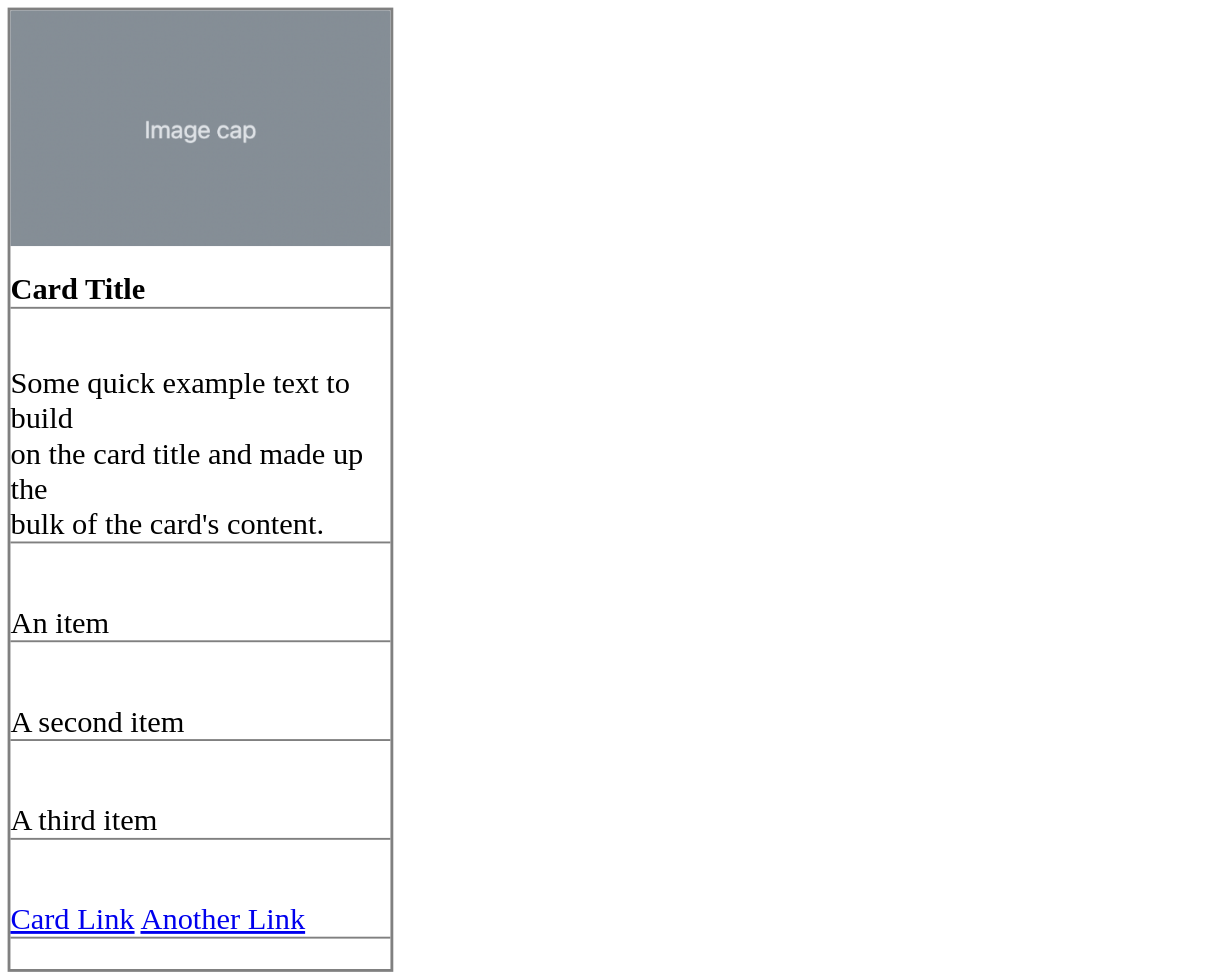
Repository: tr2cky/jsx-exercise
Page: 04 Card/card.html
The author's editor kept a copy of each file at every save. The page is drawn from the files as they stood at one save, then again after the next save.
The browser window is 1280 px wide. The pictures show the whole page, at 95% of full size.

Above is the page before, as saved 2022-09-27 16:20:39.

### 04 Card/card.html
<!DOCTYPE html>
<html lang="en">

<head>
    <meta charset="UTF-8">
    <meta http-equiv="X-UA-Compatible" content="IE=edge">
    <meta name="viewport" content="width=device-width, initial-scale=1.0">
    <title>Document</title>
    <link rel="stylesheet" href="style.css">
</head>

<body>
    <article class="container">
        <img src="imagecap.png" alt="Image Cap">
        <h2>Card Title</h2>
        <p>Some quick example text to build <br>
            on the card title and made up the <br>
            bulk of the card's content.</p>
        <p>An item</p>
        <p>A second item</p>
        <p>A third item</p>
        <p><a href="https://google.com">Card Link</a> <a href="https://twitter.com">Another Link</a></p>
    </article>
</body>

</html>

### 04 Card/style.css
.container {
    display: flex;
    flex-direction: column;
    border: 3px solid gray;
    max-width: 400px;
    gap: 1px;
}
.container > img {
    width: 400px;
}
.container > p, h2 {
    font-size: 2rem;
    border-bottom: 2px solid gray;
}

After the next save:
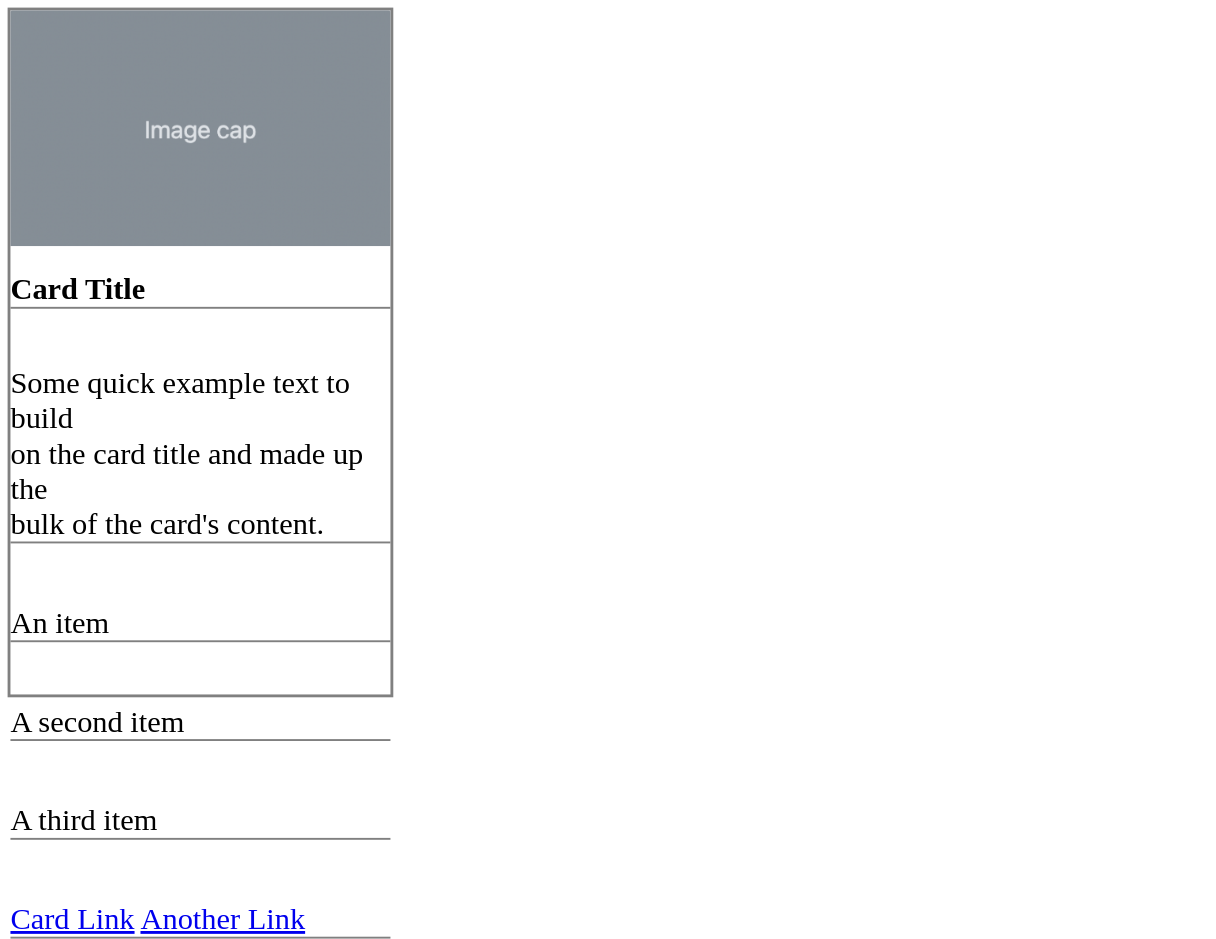
Saved 29 s later.
--- a/04 Card/style.css
+++ b/04 Card/style.css
@@ -3,6 +3,7 @@
     flex-direction: column;
     border: 3px solid gray;
     max-width: 400px;
+    max-height: 100vh;
     gap: 1px;
 }
 .container > img {

After the save that followed:
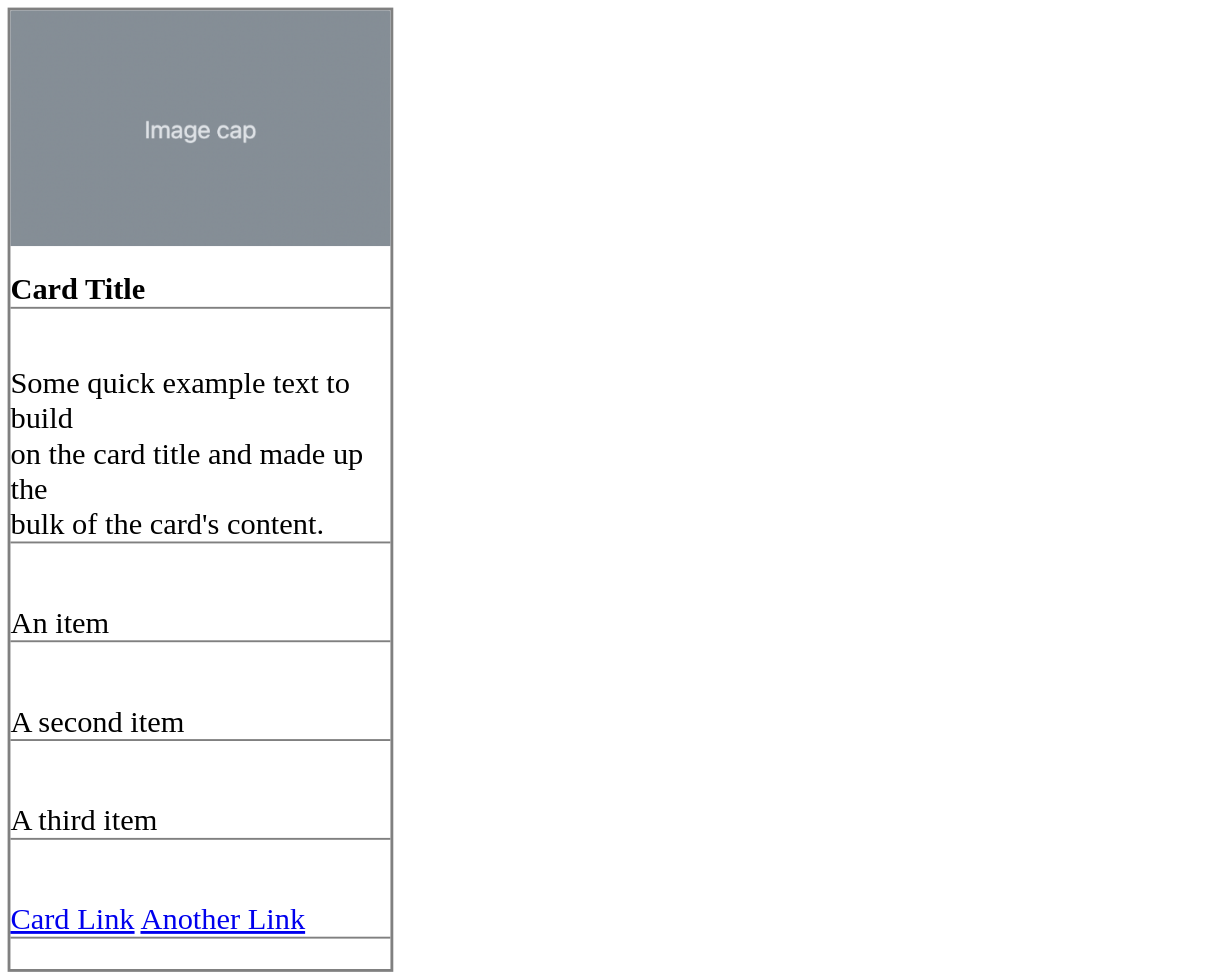
Saved 29 s later.
--- a/04 Card/style.css
+++ b/04 Card/style.css
@@ -3,7 +3,7 @@
     flex-direction: column;
     border: 3px solid gray;
     max-width: 400px;
-    max-height: 100vh;
+    max-height: 100%;
     gap: 1px;
 }
 .container > img {
